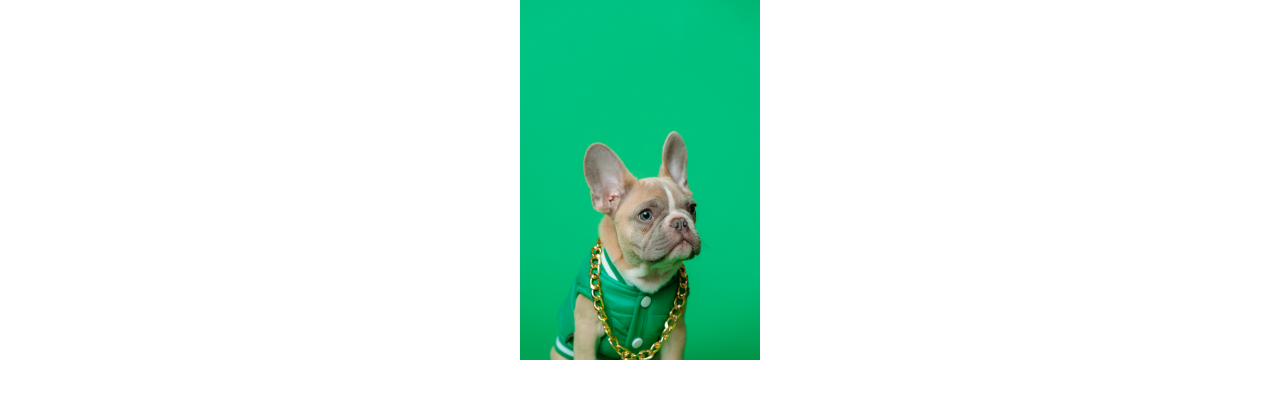
Repository: EmmanuelOyiti/Frontend_class
Page: Frontend class/index.html
An editor plug-in stored every save of this project. The page is shown before and after the next save, followed by the edit.
The browser window is 1280 px wide. The pictures show the whole page.

Above is the page before, as saved 2023-09-26 20:58:49.

### Frontend class/index.html
<!DOCTYPE html>
<html lang="en">
<head>
    <meta charset="utf-8"/>
    <title> Learning css</title>
    <link href="index.css" rel="stylesheet">
</head>
<body>

    <main id="main">

    </main>

</body>
</html>

### Frontend class/index.css
body {
    margin: 0;
}

#main {
    height: 50dvh;
    background-image: url('dog.jpg');
    background-position: center;
    background-size: contain;
    background-repeat: no-repeat;

}

After the next save:
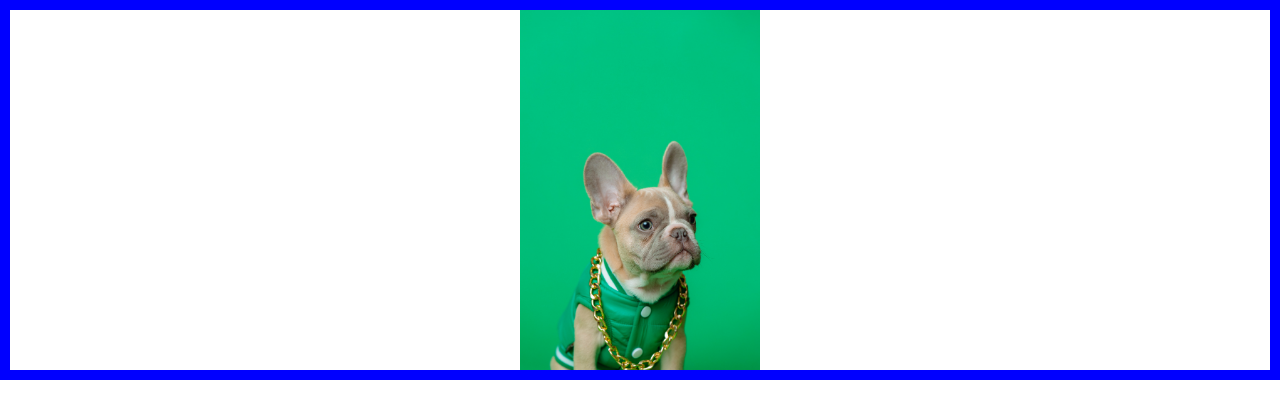
Saved 20 s later.
--- a/Frontend class/index.css
+++ b/Frontend class/index.css
@@ -3,6 +3,7 @@
 }
 
 #main {
+    border: 10px solid blue;
     height: 50dvh;
     background-image: url('dog.jpg');
     background-position: center;
